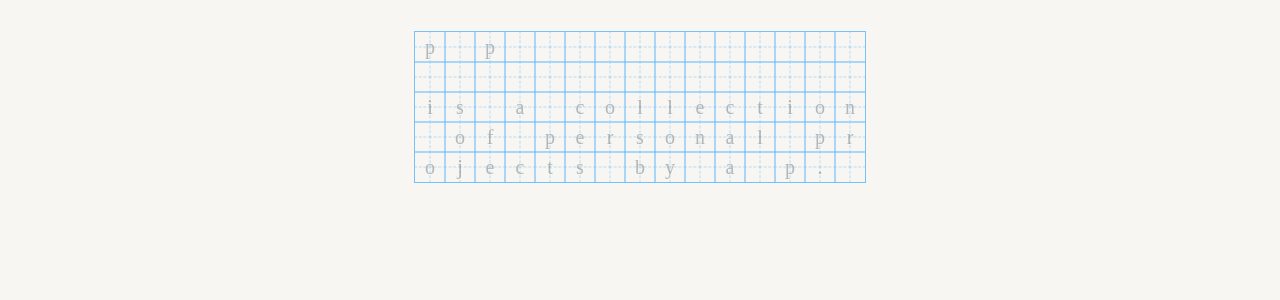
Repository: pyrcl090/p-p
Page: index.html
An editor plug-in stored every save of this project. The page is shown before and after a run of saves, followed by the edit.
The browser window is 1280 px wide. The pictures show the whole page.
The page's requests for data from a server got no answer. Some web fonts or font styles are not loaded; a fallback is used.

Above is the page before, as saved 2025-04-20 15:20:59.

After the next 3 saves:
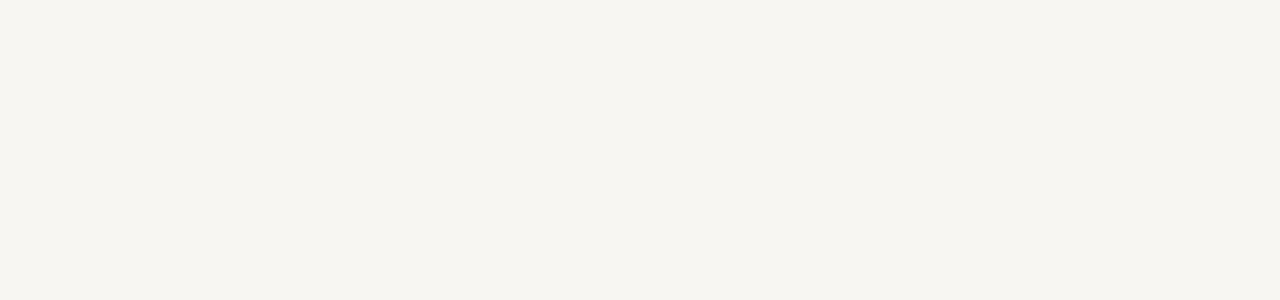
Console error: SyntaxError: Unexpected token '<'
The 3 saves are shown as one change because they came seconds apart.
The last was saved 21 s later.
--- a/script.js
+++ b/script.js
@@ -12,7 +12,8 @@
 
 // Custom HTML titles for each channel
 const channelTitles = {
-  'p-ppianissimo': '<img src="./BACK.png" style="object-fit: cover; width: 100%; height: 100%;">',
+  'p-ppianissimo': '',
+  <img src="./BACK.png" style="object-fit: cover; width: 100%; height: 100%;">
   'example-channel-2': 'Another Channel Title'
 };
 

After the save that followed:
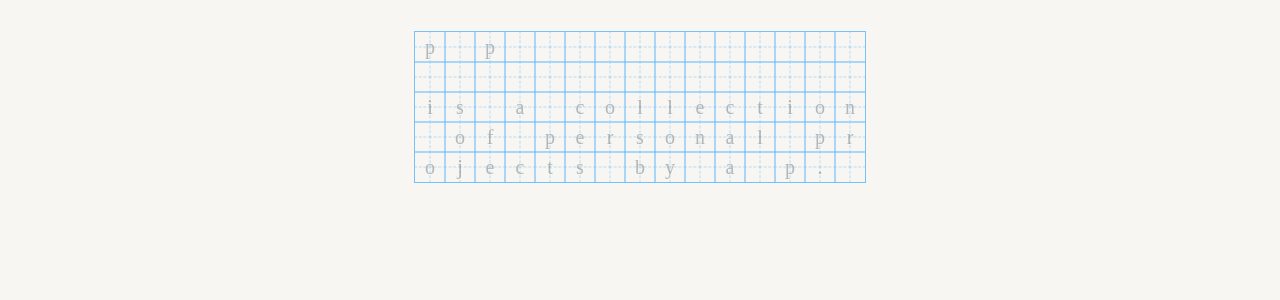
The error is gone.
Saved 4 s later.
--- a/script.js
+++ b/script.js
@@ -13,7 +13,7 @@
 // Custom HTML titles for each channel
 const channelTitles = {
   'p-ppianissimo': '',
-  <img src="./BACK.png" style="object-fit: cover; width: 100%; height: 100%;">
+  // <img src="./BACK.png" style="object-fit: cover; width: 100%; height: 100%;">
   'example-channel-2': 'Another Channel Title'
 };
 
